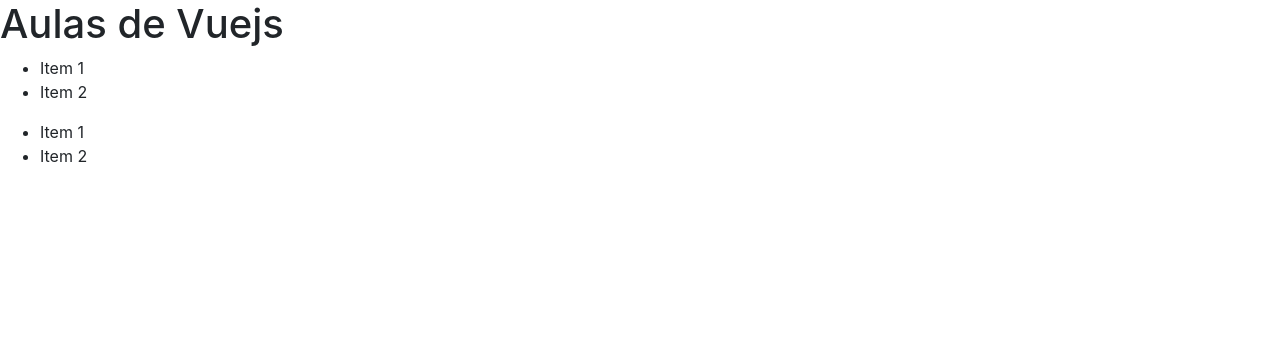
Repository: wolwerr/VueJs-Ninja
Page: Aula-12.html
These files come from the project's save history. The page is drawn as it stood at one moment and after the next save; the edit follows.
The browser window is 1280 px wide. The pictures show the whole page.

Above is the page before, as saved 2021-10-24 23:33:18.

### Aula-12.html
<!DOCTYPE html>
<html lang="en">
<head>
    <meta charset="UTF-8">
    <meta http-equiv="X-UA-Compatible" content="IE=edge">
    <meta name="viewport" content="width=device-width, initial-scale=1.0">
    <meta http-equiv="X-UA-Compatible" content="IE=edge">
    <title>Aulas de Vuejs</title>
    <link rel="stylesheet" href="https://maxcdn.bootstrapcdn.com/bootstrap/4.0.0/css/bootstrap.min.css" integrity="sha384-Gn5384xqQ1aoWXA+058RXPxPg6fy4IWvTNh0E263XmFcJlSAwiGgFAW/dAiS6JXm" crossorigin="anonymous">
</head>
<body>
    <div id="app">
        <h1>{{ titulo }}</h1>
        {{ nome }}
        <menu-bar></menu-bar>
        <menu-bar></menu-bar>
        </div>

        <template id="menu">
            <ul>
                <li>Item 1</li>
                <li>Item 2</li>
            </ul>
        </template>

    <script src="https://unpkg.com/vue"></script>

    <script>
        Vue.component('menu-bar', {
            template:"#menu"
        });
        var app = new Vue({
            el: "#app",

            data: {
                titulo: "Aulas de Vuejs",



            }
        });
    </script>
</body>
</html>

After the next save:
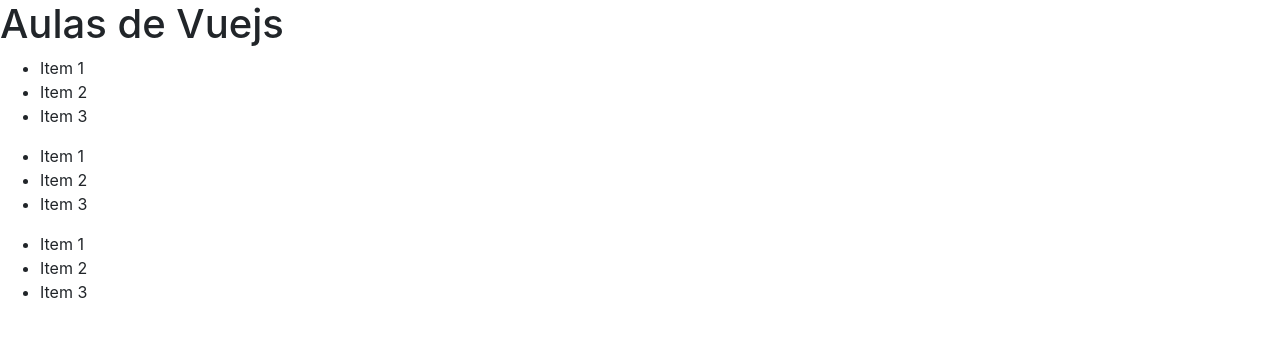
Saved 53 s later.
--- a/Aula-12.html
+++ b/Aula-12.html
@@ -14,12 +14,14 @@
         {{ nome }}
         <menu-bar></menu-bar>
         <menu-bar></menu-bar>
+        <menu-bar></menu-bar>
         </div>
 
         <template id="menu">
             <ul>
                 <li>Item 1</li>
                 <li>Item 2</li>
+                <li>Item 3</li>
             </ul>
         </template>
 
